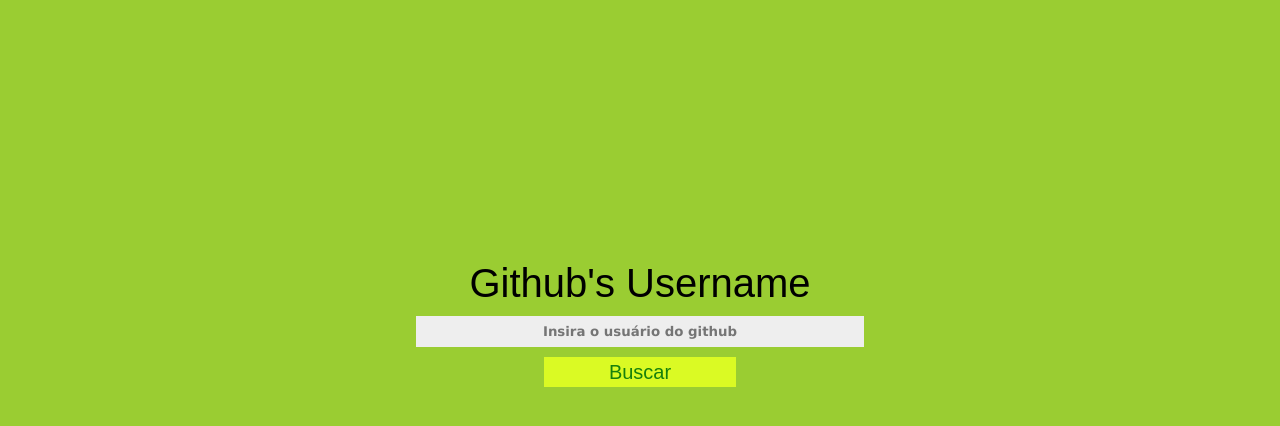
Repository: Orifiel/teste
Page: desafioMod4/desafioJavascritpt0402.html
The author's editor kept a copy of each file at every save. The page is drawn from the files as they stood at one save, then again after the next save.
The browser window is 1280 px wide. The pictures show the whole page.
Some web fonts or font styles are not loaded; a fallback is used.

Above is the page before, as saved 2020-08-24 12:11:59.

After the next save:
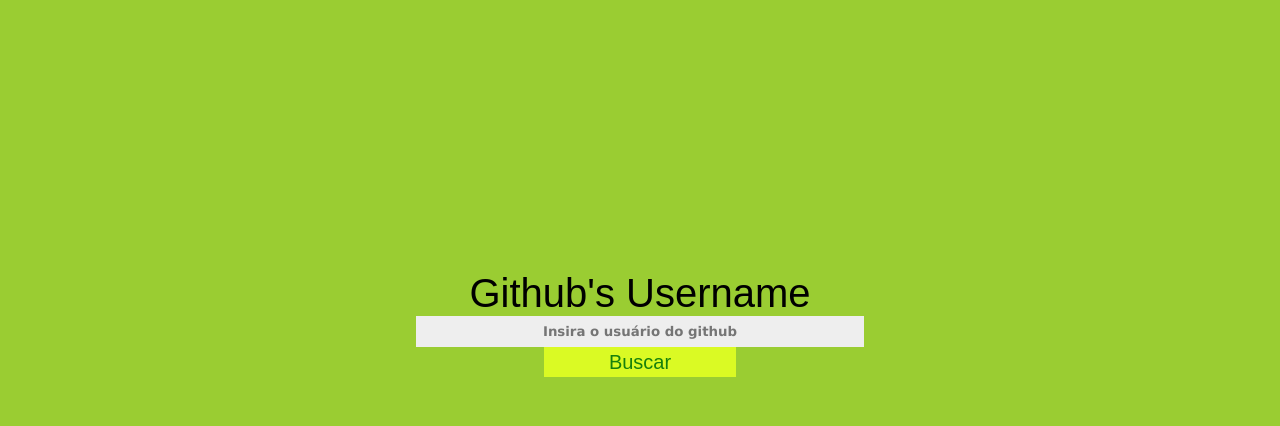
Saved 32 s later.
--- a/desafioMod4/desafioJavascritpt0402.html
+++ b/desafioMod4/desafioJavascritpt0402.html
@@ -39,7 +39,7 @@
         font-family: Verdana, Geneva, Tahoma, sans-serif;
         font-weight: 700;
         text-align: center;
-        margin: 10px auto;
+
     }
 
     button {
@@ -56,9 +56,8 @@
     button:hover{
         background:rgb(22, 128, 12);
         color:rgb(218, 250, 36);
-        width: 12.1rem;
-        height: 32px;
-    }
+
+        }
 
 
 </style>
